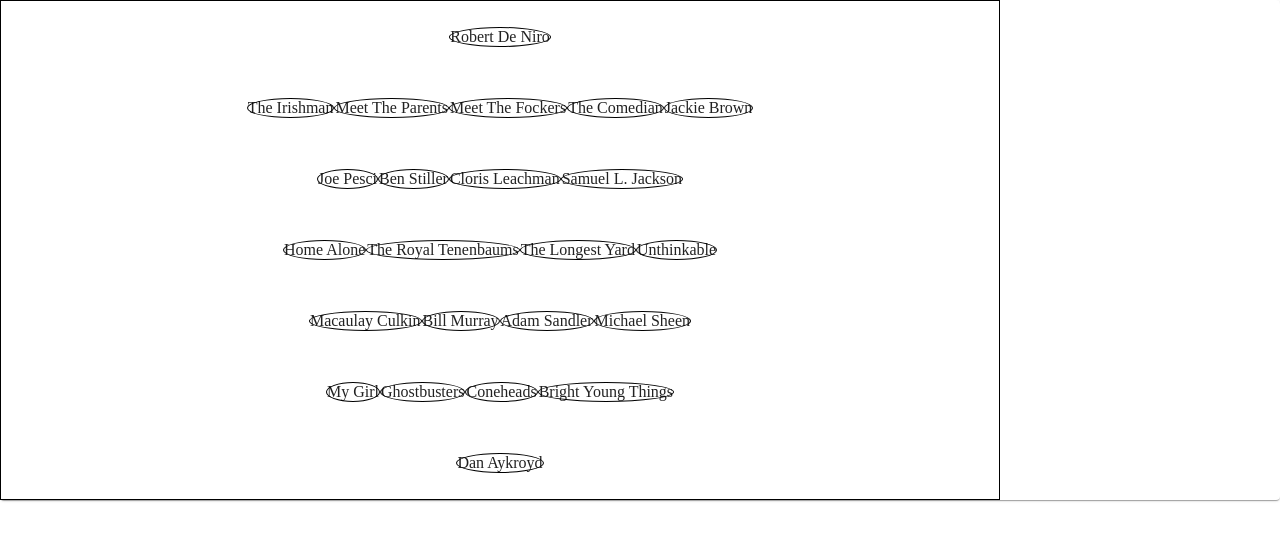
Repository: crittelmeyer/bacon
Page: /
An editor plug-in stored every save of this project. The page is shown before and after the next save, followed by the edit.
The browser window is 1280 px wide. The pictures show the whole page.
The project was rebuilt for these pictures with package versions that can differ from the ones it lists, and the page was loaded fresh each time. Requests to the local data server were answered from the project's data file. Also part of the build but not shown: src/components/Section.jsx, src/components/Grid.jsx, src/components/Row.jsx, src/utils/getColWidth.js, src/components/Col.jsx, src/components/Headings.jsx, src/containers/RepositoryList.jsx, src/containers/RepositorySection.jsx and 1 more.

Above is the page before, as saved 2019-12-02 15:41:48.

### src/index.html
<!DOCTYPE html>
<html lang="en">
  <head>
    <meta charset="UTF-8" />
    <meta name="viewport" content="width=device-width, initial-scale=1.0" />
    <meta http-equiv="X-UA-Compatible" content="ie=edge" />
    <title>React Starter Kit</title>
  </head>
  <body>
    <div id="app"></div>
  </body>
</html>

### src/index.jsx
import 'regenerator-runtime/runtime';

/* IE 10+ support */
import 'core-js/modules/es.promise';
import 'core-js/modules/es.array.iterator';
import 'core-js/modules/es.object.values';
import 'core-js/modules/es.set';
import 'core-js/modules/es.map';

import 'whatwg-fetch';

import React from 'react';
import ReactDOM from 'react-dom';
import { Provider } from 'react-redux';
import { ConnectedRouter } from 'connected-react-router';

import sagas from './modules/sagas';
import history from './utils/history';
import configureStore from './configureStore';

import App from './containers/App';

import './globalStyles.scss';

const initialState = {};
const store = configureStore(initialState, history);
const MOUNT_NODE = document.getElementById('app');

store.runSaga(sagas);

const render = () => {
  ReactDOM.render(
    <Provider store={store}>
      <ConnectedRouter history={history}>
        <App />
      </ConnectedRouter>
    </Provider>,
    MOUNT_NODE,
  );
};

render();

### src/modules/sagas.js
import { all, fork } from 'redux-saga/effects';
import { watchFetchRepos } from './repos/reposSagas';
import { watchFetchHops } from './hops/hopsSagas';

export default function* sagas() {
  yield all([
    fork(watchFetchRepos),
    fork(watchFetchHops),
  ]);
}

### src/configureStore.js
import { createStore, applyMiddleware, compose } from 'redux';
import { routerMiddleware } from 'connected-react-router';
import createSagaMiddleware from 'redux-saga';
import createReducer from './modules/reducers';

const sagaMiddleware = createSagaMiddleware();

export default function configureStore(initialState = {}, history) {
  let composeEnhancers = compose;

  if (process.env.NODE_ENV !== 'production' && typeof window === 'object') {
    /* eslint-disable no-underscore-dangle */
    if (window.__REDUX_DEVTOOLS_EXTENSION_COMPOSE__) {
      composeEnhancers = window.__REDUX_DEVTOOLS_EXTENSION_COMPOSE__({});
    }
  }

  const sagaMiddleware = createSagaMiddleware();
  const middlewares = [sagaMiddleware, routerMiddleware(history)];
  const enhancers = [applyMiddleware(...middlewares)];

  const store = createStore(
    createReducer(),
    initialState,
    composeEnhancers(...enhancers),
  );

  store.runSaga = sagaMiddleware.run;

  return store;
}

### src/containers/App.jsx
import React, { Fragment } from 'react';
import { Switch, Route } from 'react-router-dom';
import HopsGraphPage from '../pages/HopsGraphPage';
import ReposPage from '../pages/ReposPage';

export default function App() {
  return (
    <Fragment>
      <Switch>
        <Route exact path="/" component={HopsGraphPage} />
        <Route exact path="/repos" component={ReposPage} />
      </Switch>
    </Fragment>
  );
}

### src/globalStyles.scss
/* RESET RULES */
body {
  margin: 0;
}

h1,
h2,
h3,
h4,
h5,
h6,
p,
li,
ul {
  margin: 0;
  padding: 0;
}

ul {
  list-style-type: none;
}

button {
  border: none;
}

button:focus {
  outline: 0;
}

article,
aside,
details,
figcaption,
figure,
footer,
header,
hgroup,
main,
menu,
nav,
section,
summary {
  display: block;
}
/* END RESET RULES */

/* BASE RULES */
*,
*:before,
*:after {
  box-sizing: inherit;
}

html {
  height: 100%;
  box-sizing: border-box;
  overflow-x: hidden;
  -webkit-overflow-scrolling: touch;
  -webkit-text-size-adjust: 100%;
  -ms-text-size-adjust: 100%;
}

html,
body {
  -webkit-font-smoothing: antialiased;
}

body {
  min-height: 100%;
  background: #fff;
}

img {
  width: auto;
  max-width: 100%;
  height: auto;
}

-moz-::selection {
  background-color: #000;
  color: #fff;
}

::selection {
  background-color: #000;
  color: #fff;
}
/* END BASE RULES */

### src/modules/repos/reposSagas.js
import { call, put, takeEvery } from 'redux-saga/effects';
import fetch from 'isomorphic-fetch';
import { reposLoaded, reposLoadingError } from './reposActions';
import { LOAD_REPOS } from './reposConstants';

function fetchReposApi() {
  return fetch('https://api.github.com/users/Nickew/repos?sort=pushed').then(
    response => response.json(),
  );
}

function* fetchRepos() {
  const repos = yield call(fetchReposApi);
  if (repos.message) {
    yield put(reposLoadingError(repos.message));
  } else {
    yield put(reposLoaded(repos));
  }
}

export function* watchFetchRepos() {
  yield takeEvery(LOAD_REPOS, fetchRepos);
}

### src/modules/hops/hopsSagas.js
import { call, put, takeEvery } from 'redux-saga/effects';
import fetch from 'isomorphic-fetch';
import { hopsLoaded, hopsLoadingError } from './hopsActions';
import { LOAD_HOPS } from './hopsConstants';

function fetchHopsApi() {
  return fetch('http://localhost:3000/search').then(
    response => response.json(),
  );
}

function* fetchHops() {
  const hops = yield call(fetchHopsApi);
  if (hops.message) {
    yield put(hopsLoadingError(hops.message));
  } else {
    yield put(hopsLoaded(hops));
  }
}

export function* watchFetchHops() {
  yield takeEvery(LOAD_HOPS, fetchHops);
}

### src/modules/reducers.js
import { combineReducers } from 'redux';
import { connectRouter } from 'connected-react-router';
import hopsReducer from './hops/hopsReducer';
import reposReducer from './repos/reposReducer';
import history from '../utils/history';

export default function createReducer(injectedReducers = {}) {
  const rootReducer = combineReducers({
    router: connectRouter(history),
    repos: reposReducer,
    hops: hopsReducer,
    ...injectedReducers,
  });

  return rootReducer;
}

### src/pages/HopsGraphPage.jsx
import React from 'react';
import HopsGraph from '../containers/HopsGraph';

const HopsGraphPage = () => <HopsGraph />;

export default HopsGraphPage;

### src/modules/repos/reposActions.js
import {
  LOAD_REPOS,
  LOAD_REPOS_SUCCESS,
  LOAD_REPOS_ERROR,
} from './reposConstants';

export const loadRepos = () => ({
  type: LOAD_REPOS,
});

export const reposLoaded = repos => ({
  type: LOAD_REPOS_SUCCESS,
  repos,
});

export const reposLoadingError = error => ({
  type: LOAD_REPOS_ERROR,
  error,
});

### src/modules/repos/reposConstants.js
export const LOAD_REPOS = 'LOAD_REPOS';
export const LOAD_REPOS_SUCCESS = 'LOAD_REPOS_SUCCESS';
export const LOAD_REPOS_ERROR = 'LOAD_REPOS_ERROR';

### src/modules/hops/hopsActions.js
import {
  LOAD_HOPS,
  LOAD_HOPS_SUCCESS,
  LOAD_HOPS_ERROR,
} from './hopsConstants';

export const loadHops = () => ({
  type: LOAD_HOPS,
});

export const hopsLoaded = hops => ({
  type: LOAD_HOPS_SUCCESS,
  hops,
});

export const hopsLoadingError = error => ({
  type: LOAD_HOPS_ERROR,
  error,
});

### src/modules/hops/hopsConstants.js
export const LOAD_HOPS = 'LOAD_HOPS';
export const LOAD_HOPS_SUCCESS = 'LOAD_HOPS_SUCCESS';
export const LOAD_HOPS_ERROR = 'LOAD_HOPS_ERROR';

### src/modules/hops/hopsReducer.js
import produce from 'immer';

import {
  LOAD_HOPS,
  LOAD_HOPS_SUCCESS,
  LOAD_HOPS_ERROR,
} from './hopsConstants';

const initialState = {
  loading: false,
  error: false,
  data: {},
};

/* eslint-disable no-param-reassign */
/* eslint-disable default-case */
const hopsReducer = (state = initialState, action) =>
  produce(state, draft => {
    switch (action.type) {
      case LOAD_HOPS:
        draft.loading = true;
        draft.error = false;
        draft.data = {};
        break;
      case LOAD_HOPS_SUCCESS:
        draft.loading = false;
        draft.error = false;
        draft.data = action.hops;
        break;
      case LOAD_HOPS_ERROR:
        draft.loading = false;
        draft.error = action.error;
        break;
    }
  });

export default hopsReducer;

### src/modules/repos/reposReducer.js
import produce from 'immer';

import {
  LOAD_REPOS,
  LOAD_REPOS_SUCCESS,
  LOAD_REPOS_ERROR,
} from './reposConstants';

const initialState = {
  loading: false,
  error: false,
  data: {},
};

/* eslint-disable no-param-reassign */
/* eslint-disable default-case */
const reposReducer = (state = initialState, action) =>
  produce(state, draft => {
    switch (action.type) {
      case LOAD_REPOS:
        draft.loading = true;
        draft.error = false;
        draft.data = {};
        break;
      case LOAD_REPOS_SUCCESS:
        draft.loading = false;
        draft.error = false;
        draft.data = action.repos;
        break;
      case LOAD_REPOS_ERROR:
        draft.loading = false;
        draft.error = action.error;
        break;
    }
  });

export default reposReducer;

### src/containers/HopsGraph.jsx
import React, { useEffect } from 'react';
import PropTypes from 'prop-types';
import { connect } from 'react-redux';
import forEach from 'lodash/fp/forEach';
import includes from 'lodash/fp/includes';
import slice from 'lodash/fp/slice';


import { loadHops } from '../modules/hops/hopsActions';

import Paper from '@material-ui/core/Paper';
import { InteractiveForceGraph, ForceGraphNode, ForceGraphLink } from 'react-vis-force';

import BaconGraph from '../components/BaconGraph/BaconGraph';

/* eslint-disable no-shadow */
const HopsGraph = ({ hops, loadHops }) => {
  useEffect(() => {
    loadHops();
  }, []);

  const nodes = {};
  const links = {};

  forEach.convert({ cap: false })(
    (path, pathIndex) => {
      forEach.convert({ cap: false })(
        (hop, index) => {
          const nodeId = `${hop.type}_${hop.imdbId}_${index}`;

          if (!includes(nodeId, Object.keys(nodes))) {
            nodes[nodeId] = {
              level: index,
              label: hop.type === 'movie' ? hop.title : hop.name,
              radius: index === 0 || index === hops.data[pathIndex].length - 1 ? 20 : 20,
              fill: hop.type === 'movie' ? 'red' : 'blue',
            };
          }
        },
        path
      );
    },
    hops.data
  );

  forEach.convert({ cap: false })(
    (_, pathIndex) => {
      forEach.convert({ cap: false })(
        (hop, index) => {
          const source = `${hops.data[pathIndex][index].type}_${hops.data[pathIndex][index].imdbId}_${index}`;
          const target = `${hop.type}_${hop.imdbId}_${index}`;
          const linkId = `${source};${target}`;

          if (!includes(linkId, Object.keys(links))) {
            links[linkId] = {
              source,
              target,
              value: 20,
            };
          }
        },
        slice(1, hops.data[pathIndex].length, hops.data[pathIndex])
      );
    },
    hops.data
  );

  return (
    <Paper>
      {!hops.loading && hops.data.length > 0 &&
        <BaconGraph levelCount={hops.data[0].length} links={links} nodes={nodes} />
      }
    </Paper>
  );

  // return (
  //   <Paper>
  //     {!hops.loading && hops.data.length > 0 &&
  //       <InteractiveForceGraph
  //         showLabels
  //         simulationOptions={{
  //           animate: true,
  //           height: 1000,
  //           width: 1000,
  //           strength: {
  //             collide: 3,
  //             charge: -100,
  //           },
  //         }}
  //         labelAttr="label"
  //         onSelectNode={(node) => console.log(node)}
  //         highlightDependencies
  //       >
  //         {map(
  //           nodeId => (
  //             <ForceGraphNode
  //               key={nodeId}
  //               node={{
  //                 id: nodeId,
  //                 label: nodes[nodeId].label,
  //                 radius: nodes[nodeId].radius,
  //               }}
  //               fill={nodes[nodeId].fill}
  //             />

  //           ),
  //           Object.keys(nodes)
  //         )}
  //         {map(linkId => (
  //           <ForceGraphLink
  //             key={linkId}
  //             link={{
  //               source: links[linkId].source,
  //               target: links[linkId].target,
  //               value: links[linkId].value,
  //             }}
  //           />
  //         ), Object.keys(links))}
  //         <ForceGraphNode
  //           key="more"
  //           node={{
  //             id: 'more',
  //             label: '45 More...',
  //             radius: 20,
  //           }}
  //           fill="green"
  //         />
  //         <ForceGraphLink
  //           key={`${hops.data[0][0].type}_${hops.data[0][0].imdbId}_more`}
  //           link={{
  //             source: `${hops.data[0][0].type}_${hops.data[0][0].imdbId}`,
  //             target: 'more',
  //             value: 30,
  //           }}
  //         />
  //         <ForceGraphLink
  //           key={`${hops.data[0][hops.data[0].length - 1].type}_${hops.data[0][hops.data[0].length - 1].imdbId}_more`}
  //           link={{
  //             source: 'more',
  //             target: `${hops.data[0][hops.data[0].length - 1].type}_${hops.data[0][hops.data[0].length - 1].imdbId}`,
  //             value: 30,
  //           }}
  //         />
  //       </InteractiveForceGraph>
  //     }
  //   </Paper>
  // );
};

const mapStateToProps = state => ({
  hops: state.hops,
});

const mapDispatchToProps = {
  loadHops,
};

HopsGraph.propTypes = {
  hops: PropTypes.object,
  loadHops: PropTypes.func,
};

export default connect(
  mapStateToProps,
  mapDispatchToProps,
)(HopsGraph);

### src/components/BaconGraph/BaconGraph.jsx
import React from 'react';
import PropTypes from 'prop-types';
import injectSheet from 'react-jss';
import forEach from 'lodash/fp/forEach';
import isNil from 'lodash/fp/isNil';
import map from 'lodash/fp/map';

const GRAPH_HEIGHT = 500;
const GRAPH_WIDTH = 1000;

const styles = {
  root: {
    border: 'solid black 1px',
    display: 'flex',
    flexDirection: 'column',
    height: GRAPH_HEIGHT,
    width: GRAPH_WIDTH,
  },
  nodeLevel: ({ levelCount }) => ({
    display: 'flex',
    flexDirection: 'row',
    alignItems: 'center',
    height: GRAPH_HEIGHT / levelCount,
    justifyContent: 'center',
  }),
  node: {
    border: 'solid black 1px',
    borderRadius: '100%',
  },
};

const BaconGraph = ({ classes, levelCount, links, nodes }) => {
  const nodesGrouped = new Array(levelCount);

  forEach(
    node => {
      console.log('adding', node, 'to nodesGrouped at index', node.level);
      if (isNil(nodesGrouped[node.level])) {
        nodesGrouped[node.level] = [];
      }
      nodesGrouped[node.level].push(node);
      console.log('now', nodesGrouped);
    },
    nodes
  );

  console.log(nodesGrouped);


  return (
    <div className={classes.root}>
      {
        map.convert({ cap: false })(
          (nodeLevel, index) =>
            (<div className={classes.nodeLevel}>
              {
                map.convert({ cap: false })(
                  node => <div className={classes.node}>{node.label}</div>,
                  nodeLevel
                )
              }
             </div>),
          nodesGrouped
        )
      }
    </div>
  );
};

BaconGraph.propTypes = {
  classes: PropTypes.object,
  links: PropTypes.object,
  nodes: PropTypes.object,
};

export default injectSheet(styles)(BaconGraph);

Loaded but not shown: src/utils/history.js (common file); test-data/db.json (752 lines, source omitted)

After the next save:
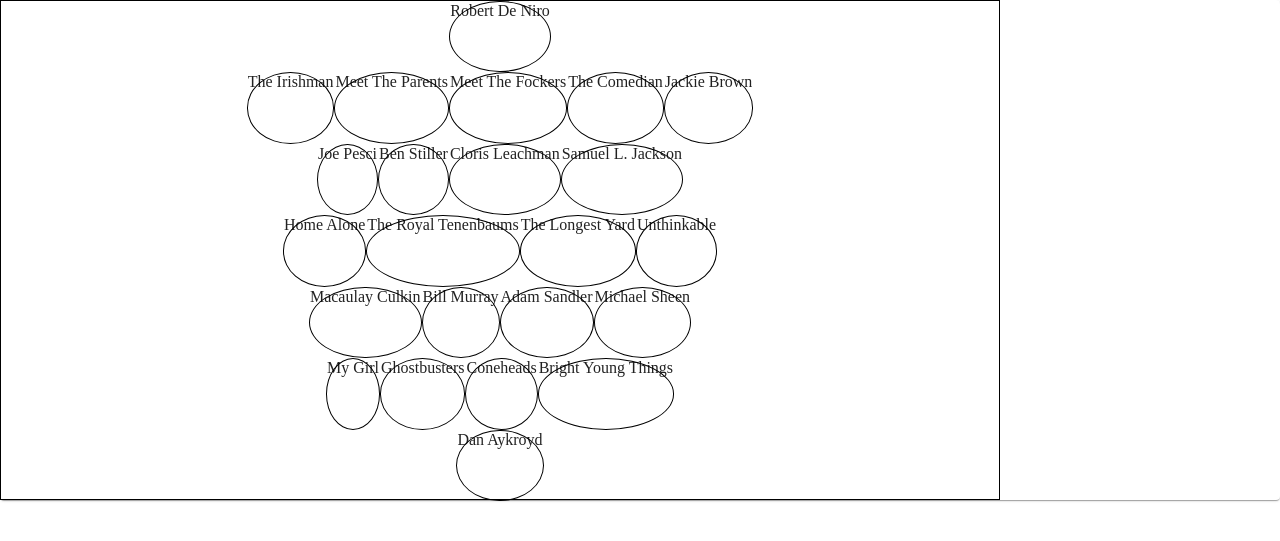
Saved 58 s later.
--- a/src/components/BaconGraph/BaconGraph.jsx
+++ b/src/components/BaconGraph/BaconGraph.jsx
@@ -23,10 +23,11 @@
     height: GRAPH_HEIGHT / levelCount,
     justifyContent: 'center',
   }),
-  node: {
+  node: ({ levelCount }) => ({
     border: 'solid black 1px',
     borderRadius: '100%',
-  },
+    height: GRAPH_HEIGHT / levelCount,
+  }),
 };
 
 const BaconGraph = ({ classes, levelCount, links, nodes }) => {
@@ -59,7 +60,7 @@
                   nodeLevel
                 )
               }
-             </div>),
+            </div>),
           nodesGrouped
         )
       }
